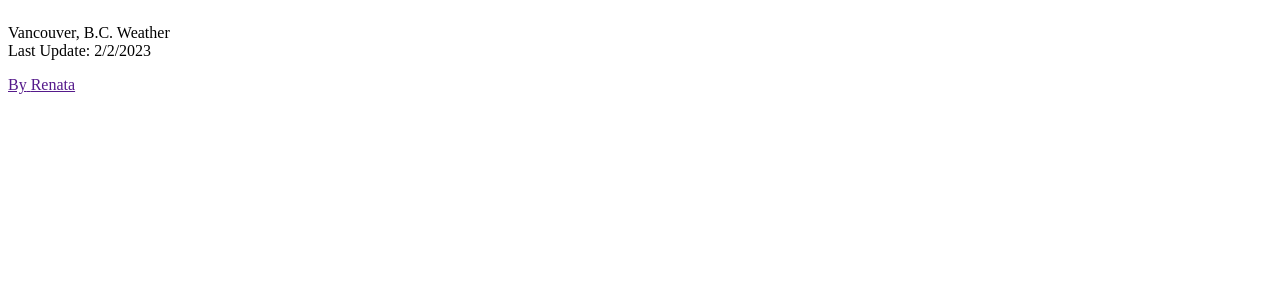
Repository: RenataDzotova/WeatherMate
Page: /
An editor plug-in stored every save of this project. The page is shown before and after the next save, followed by the edit.
The browser window is 1280 px wide. The pictures show the whole page.
The project was rebuilt for these pictures with package versions that can differ from the ones it lists, and the page was loaded fresh each time. The framework's server and built-in components were replaced by stand-ins that run in the browser. Also part of the build but not shown: next.config.js, styles/globals.css, styles/Home.module.css.

Above is the page before, as saved 2023-02-23 21:38:02.

After the next save:
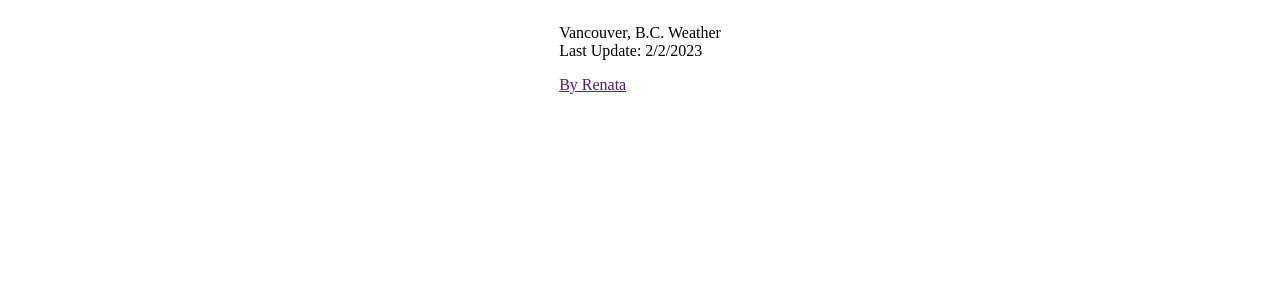
Saved 3 min 48 s later.
--- a/pages/index.js
+++ b/pages/index.js
@@ -127,7 +127,7 @@
         <meta name="viewport" content="width=device-width, initial-scale=1" />
         <link rel="icon" href="/logo.svg.ico" />
       </Head> */}
-      <main style={{width:"100%", display:"flex", flexDirection: "column"}}>
+      <main style={{width:"100%", display:"flex", flexDirection: "column", justifyContent:'center', alignItems:'center'}}>
         <div >
           <p>
             Vancouver, B.C. Weather <br/>
